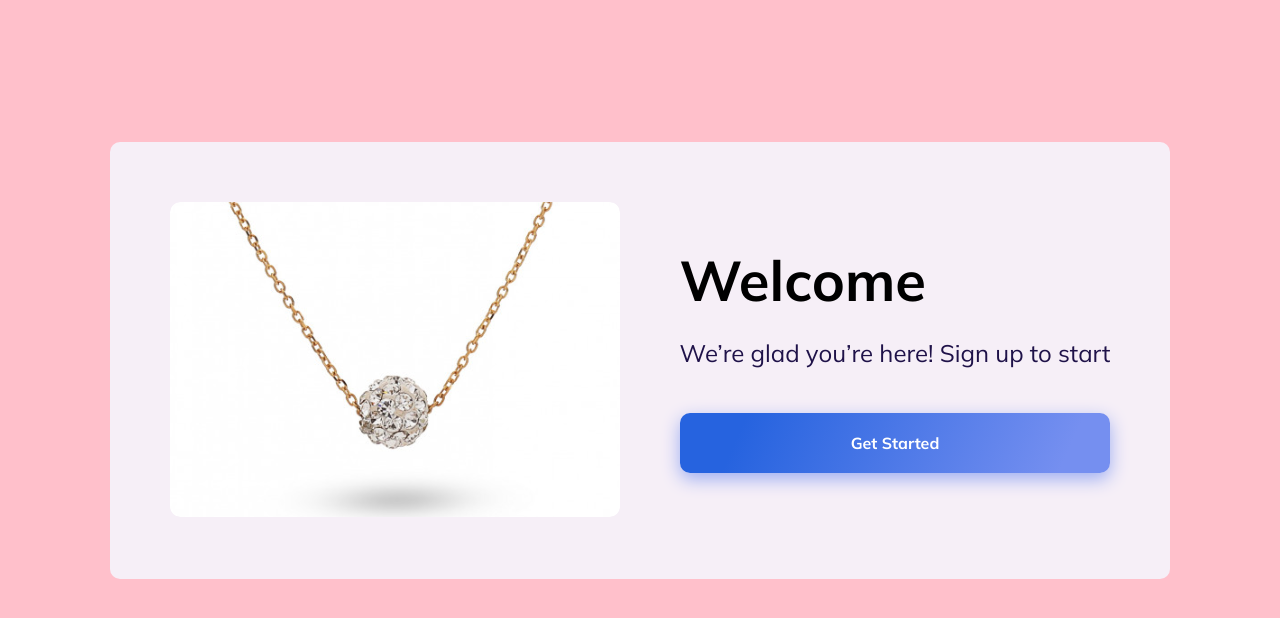
Repository: codezeloss/Valinteca-task
Page: succeed.html
These files come from the project's save history. The page is drawn as it stood at one moment and after the next save; the edit follows.
The browser window is 1280 px wide. The pictures show the whole page.

Above is the page before, as saved 2022-12-09 20:56:02.

### succeed.html
<!DOCTYPE html>
<html lang="en">
  <head>
    <meta charset="UTF-8" />
    <meta http-equiv="X-UA-Compatible" content="IE=edge" />
    <meta name="viewport" content="width=device-width, initial-scale=1.0" />

    <link rel="preconnect" href="https://fonts.googleapis.com" />
    <link rel="preconnect" href="https://fonts.gstatic.com" crossorigin />
    <link
      href="https://fonts.googleapis.com/css2?family=Mulish:wght@400;700;800&display=swap"
      rel="stylesheet"
    />

    <link rel="stylesheet" href="css/styles.css" />
    <link rel="stylesheet" href="css/welcome-page.css" />

    <title>Succeed page</title>
  </head>

  <body>
    <div class="container">
      <div class="box-container">
        <div>
          <img
            class="welcome-img"
            src="./images/desktop/welcome-image-desktop.svg"
            alt="image"
          />
        </div>
        <div>
          <h1 class="heading heading-primary">Welcome</h1>
          <p class="text">We’re glad you’re here! Sign up to start</p>
          <button class="btn">Get Started</button>
        </div>
      </div>
    </div>
  </body>
</html>

### css/styles.css
* {
  margin: 0;
  padding: 0;
  box-sizing: border-box;
}

html {
  font-size: 62.5%;
}

body {
  font-family: sans-serif;
  color: #000;
}

.container {
  display: flex;
  justify-content: center;
  align-items: center;
  height: 100vh;
  background-color: pink;
}

.box-container {
  max-width: 1080px;
  display: flex;
  flex-direction: row;
  gap: 60px;
  align-items: center;
  margin: 0 auto;
  background: rgba(245, 247, 255, 0.85);
  border-radius: 10px;
  padding: 60px;
}

.heading {
  font-family: "Mulish", sans-serif;
  font-style: normal;
  font-weight: 700;
  line-height: 120%;
  margin-bottom: 20px;
}

.heading-primary {
  font-size: 56px;
}

.heading-secondary {
  font-size: 42px;
}

.text {
  font-family: "Mulish", sans-serif;
  font-style: normal;
  font-weight: 400;
  font-size: 24px;
  color: #1f1249;
  margin-bottom: 40px;
  line-height: 160%;
}

.btn {
  width: 100%;
  height: 60px;
  font-family: "Mulish";
  font-style: normal;
  font-weight: 700;
  font-size: 16px;
  border: none;
  cursor: pointer;
  background: linear-gradient(113.87deg, #2663df 14.81%, #758ff0 88.76%);
  box-shadow: 0px 6px 18px #9cadf2;
  border-radius: 10px;
  color: #ffffff;
}

### css/welcome-page.css
.welcome-img {
  width: 450px;
  height: 315px;
  border-radius: 10px;
}

After the next save:
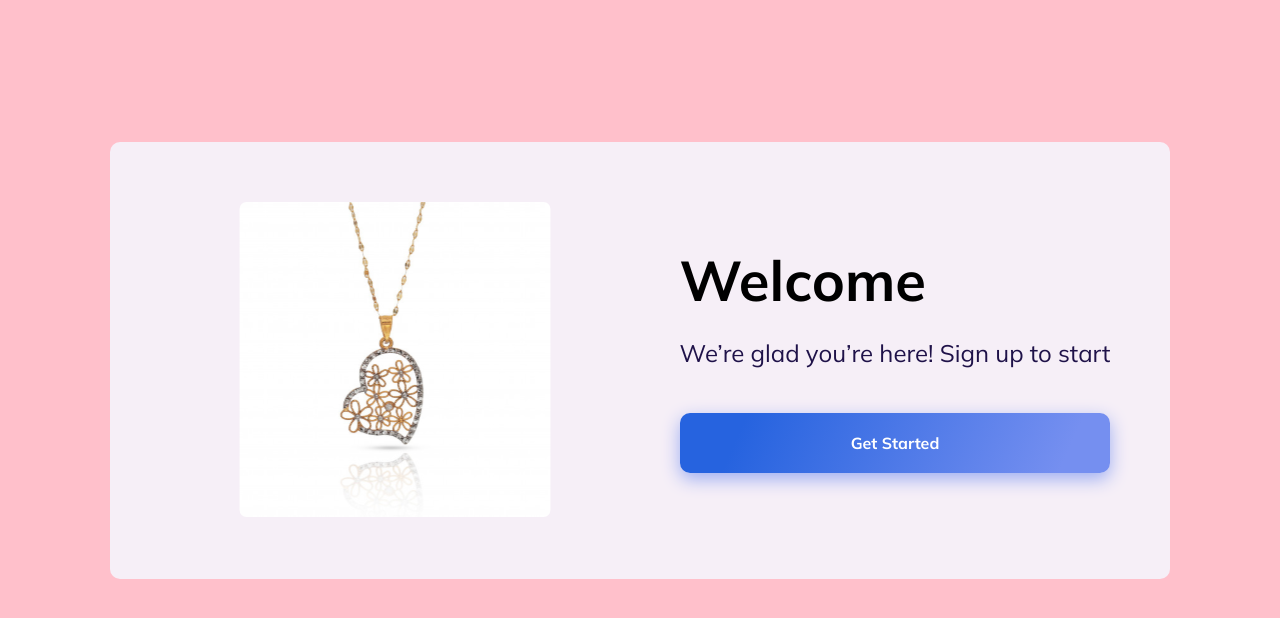
Saved 8 s later.
--- a/succeed.html
+++ b/succeed.html
@@ -24,7 +24,7 @@
         <div>
           <img
             class="welcome-img"
-            src="./images/desktop/welcome-image-desktop.svg"
+            src="./images/desktop/succeed-image-desktop.svg"
             alt="image"
           />
         </div>
